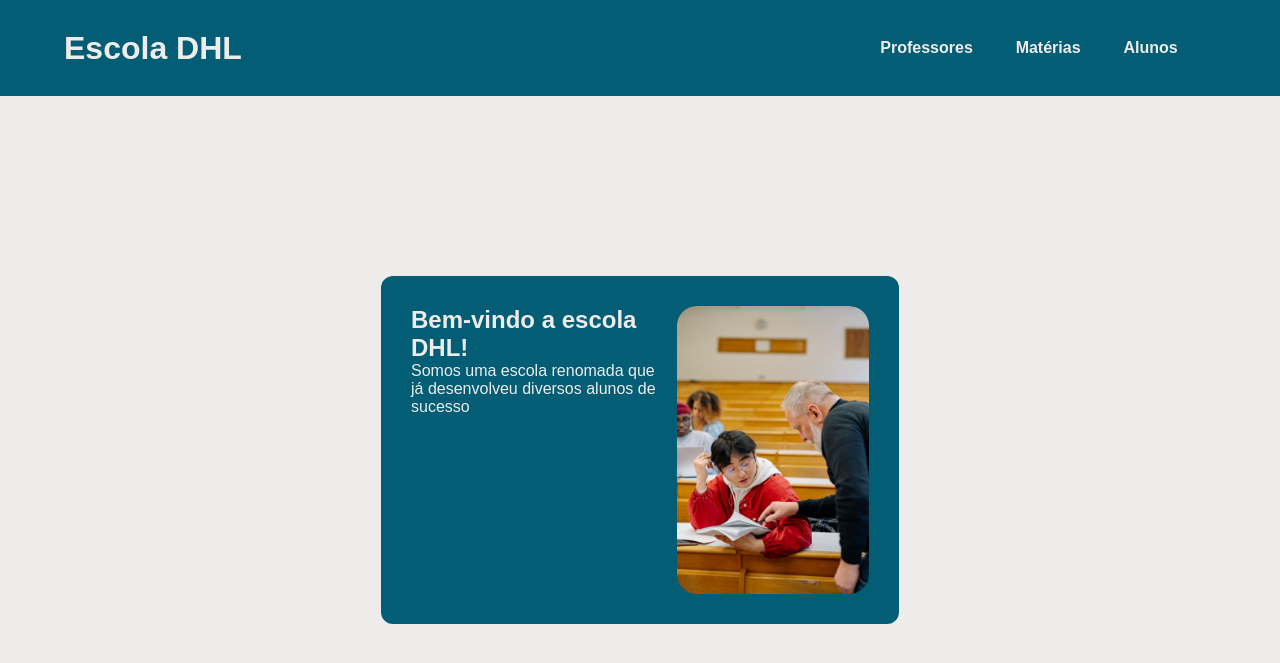
Repository: SirHick/sa-sistema-escola-DHL
Page: front/index.html
These files come from the project's save history. The page is drawn as it stood at one moment and after a run of saves; the edit follows.
The browser window is 1280 px wide. The pictures show the whole page.

Above is the page before, as saved 2026-07-17 15:56:57.

### front/index.html
<!DOCTYPE html>
<html lang="pt-br">
<head>
    <meta charset="UTF-8">
    <meta name="viewport" content="width=device-width, initial-scale=1.0">
    <title>Escola SA</title>
    <link rel="stylesheet" href="style.css">
</head>
<body>
    <header>

        <h1>Escola DHL</h1>

        <nav>
            <a href="">Professores</a>
            <a href="">Matérias</a>
            <a href="">Alunos</a>
        </nav>
    </header>

    <main class = "hero-section">
        <section class = "main-text-hero-section">
            <h2>Bem-vindo a escola DHL!</h2>

            <p>Somos uma escola renomada que já
                desenvolveu diversos alunos de sucesso</p>
        </section>

        <img src="images/student-and-teacher.jpg" alt="A student receiving help from his teacher">
    </main>


    <script src="script.js"></script>
</body>
</html>

### front/style.css
*{
    margin: 0;
    padding: 0;
    box-sizing: border-box;
    object-fit: cover;
    font-family: 'Nunito', sans-serif;
}


body{
    background: #EDECEA;

}

.landing-page{
    display: flex;
}


header{
    background: #035D74;
    width: 100vw;
    height: 6rem;
    max-height: 8rem;
    display: grid;
    grid-template-columns: 1fr 1fr;
    align-items: center;
    padding-left: 5vw;
    padding-right: 5vw;
}

header h1{
    color: #EDECEA;
}

header nav{
    justify-self: end;

}

header nav a{
    text-decoration: none;
    color: #EDECEA;
    font-weight: 700;
    margin-right: 3vw;
}

.hero-section{
    justify-self: center;
    background-color: #035D74;
    margin-top: 25vh;
    display: grid;
    grid-template-columns: 20vw auto;
    gap: 10px;
    color: #EDECEA;
    border-radius:12px;
    padding: 30px;
}

.hero-section img{
    width: 15vw;
    border-radius: 20px;
}

.hero-section .main-text-hero-section{

}

Loaded but not shown: front/script.js (no stored copy; drawn as an empty file)

After the next 6 saves:
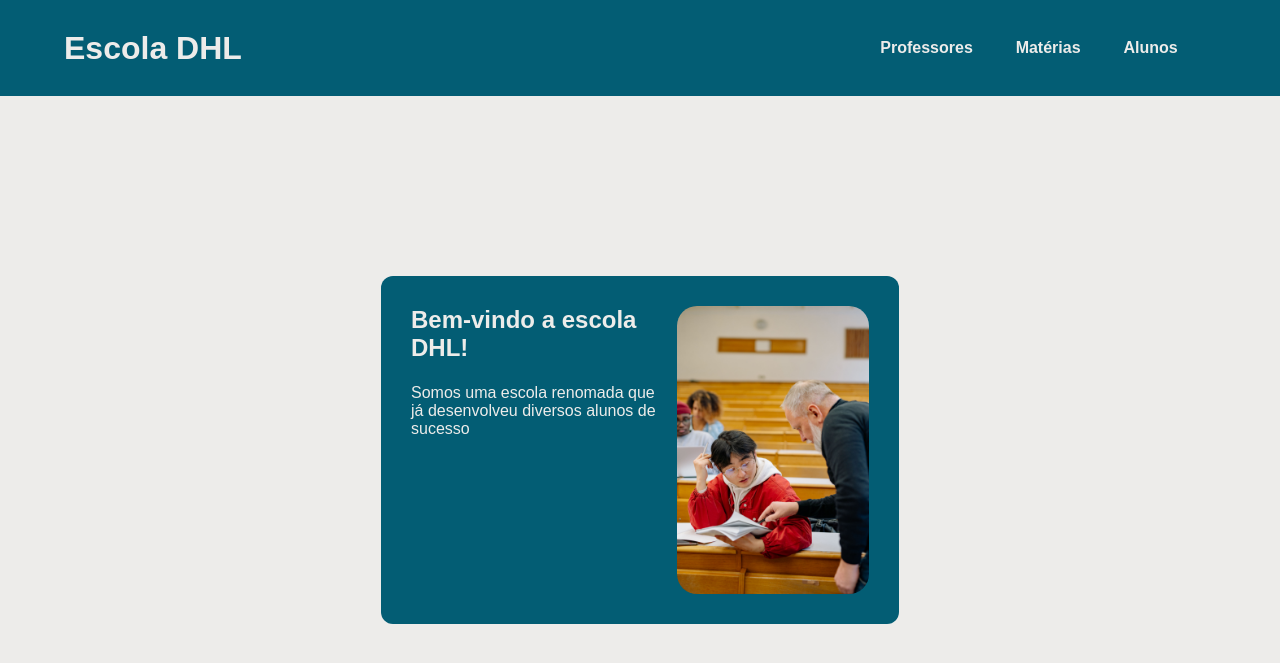
The 6 saves are shown as one change because they came seconds apart.
The last was saved 30 s later.
--- a/front/style.css
+++ b/front/style.css
@@ -62,6 +62,6 @@ header nav a{
     border-radius: 20px;
 }
 
-.hero-section .main-text-hero-section{
-
+.hero-section .main-text-hero-section h2{
+    margin-bottom: 3vh;
 }
